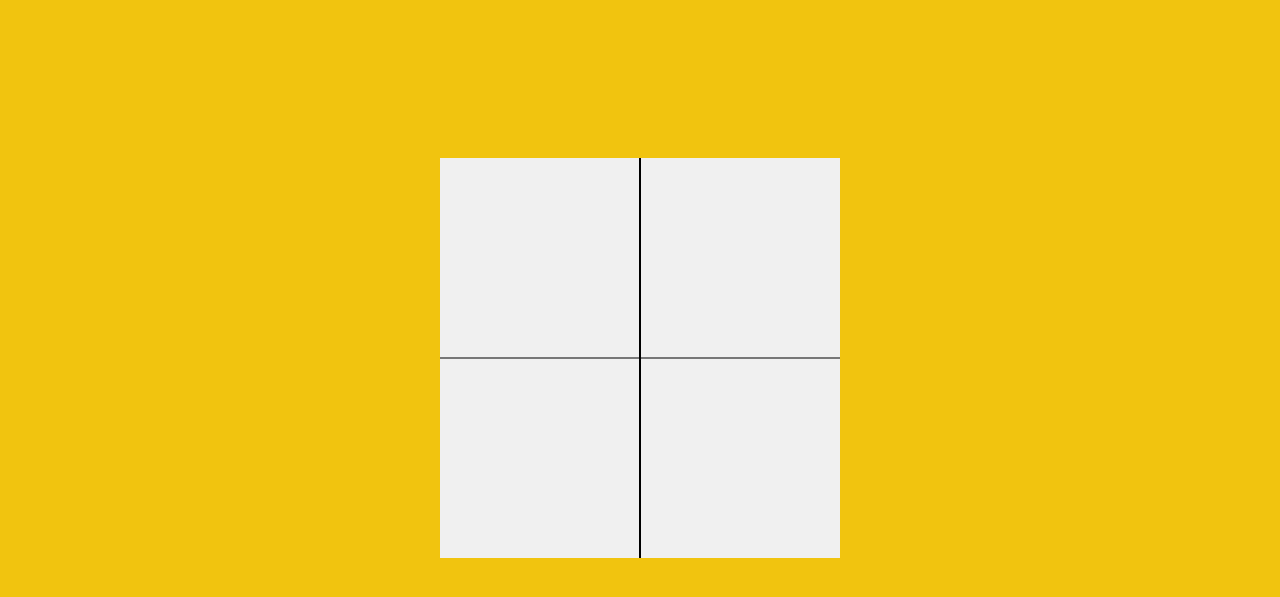
Repository: animarcus/graphing-app
Page: index.html
These files come from the project's save history. The page is drawn as it stood at one moment and after the next save; the edit follows.
The browser window is 1280 px wide. The pictures show the whole page.
Some web libraries are served in a nearby version.

Above is the page before, as saved 2020-09-26 19:29:18.

### index.html
<!DOCTYPE html>
<html lang="en">
<head>
  <link rel="apple-touch-icon"sizes="180x180"href="/icons/apple-touch-icon.png">
  <link rel="icon"type="image/png"sizes="32x32"href="/icons/favicon-32x32.png">
  <link rel="icon"type="image/png"sizes="16x16"href="/icons/favicon-16x16.png">
  <link rel="manifest"href="/icons/site.webmanifest">

  <link rel="stylesheet" href="css/style.css">
  <meta charset="UTF-8">
  <meta name="viewport" content="width=device-width, initial-scale=1.0, maximum-scale=1.0, user-scalable=0">
  <title>PLACEHOLDER</title>

  <script type="text/javascript" src="https://cdn.jsdelivr.net/npm/p5@1.1.4/lib/p5.min.js"></script>
  <script src="js/sketch.js"></script>
</head>
<body>
  <div id="canvas1"></div>
</body>
</html>

### css/style.css
* {
  cursor: default;
  /* -webkit-touch-callout: none;
  -webkit-user-select: none;
  -khtml-user-select: none;
  -moz-user-select: none;
  -ms-user-select: none;
  user-select: none; */
}
body {
  background: #f1c40f;
  height: 100%;
  overflow-y: hidden;
  overflow-x: hidden;
  /* border-radius: 50%; */
}

#canvas1 {
  position: absolute;
  top:50%;
  left:50%;
  transform: translate(-50%,-50%);
}

### js/sketch.js

let canvasW = 400;
let canvasH = 400;

function setup() {
  let canvas = createCanvas(canvasW,canvasH);
  canvas.parent("canvas1");

  background(240);
  translate(canvasW/2, canvasH/2);

  stroke('rgba(0%, 0%, 0%, 0.5)');
  strokeWeight(2);
  line(-canvasW/2, 0, canvasW/2, 0);
  line(0, -canvasH/2, 0, canvasH/2);

  strokeWeight(1);
  for (let i = -canvasW/2; i < canvasW/2; i++) {
    line(0, -canvasH/2, 0, canvasH/2);
  }
}


function draw() {
  fill(color("green"));
  drawHandlers.drawGrid();
}


let drawHandlers = {
  drawGrid : function() {

  }
};

After the next save:
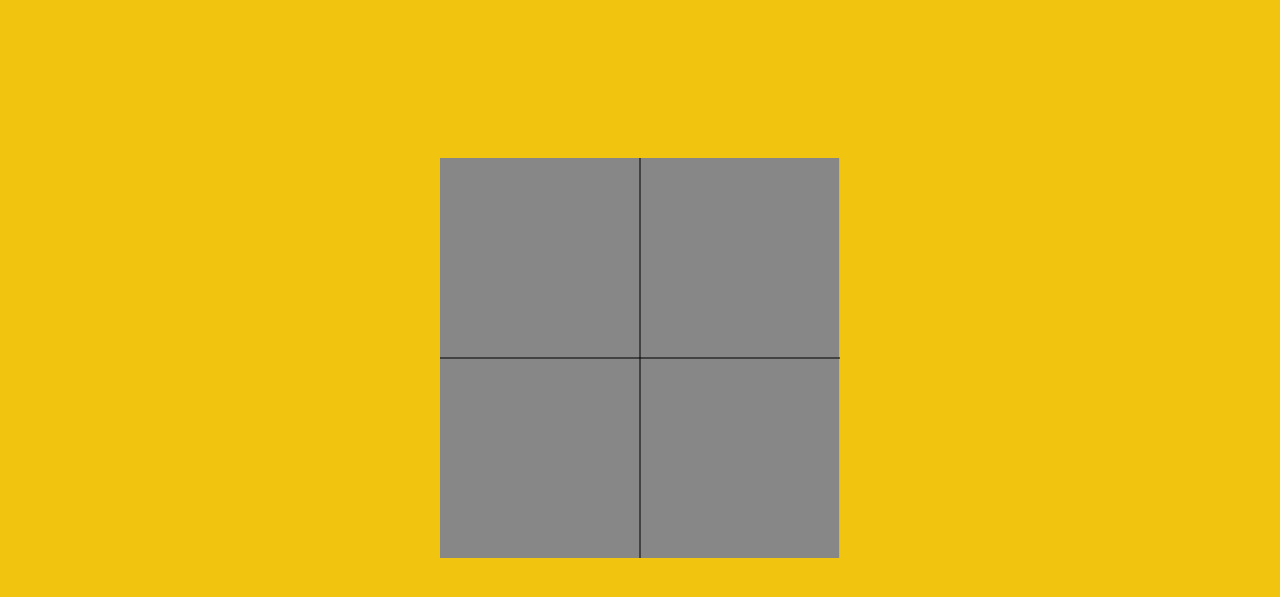
Saved 11 s later.
--- a/js/sketch.js
+++ b/js/sketch.js
@@ -16,7 +16,7 @@ function setup() {
 
   strokeWeight(1);
   for (let i = -canvasW/2; i < canvasW/2; i++) {
-    line(0, -canvasH/2, 0, canvasH/2);
+    line(i, -canvasH/2, i, canvasH/2);
   }
 }
 
